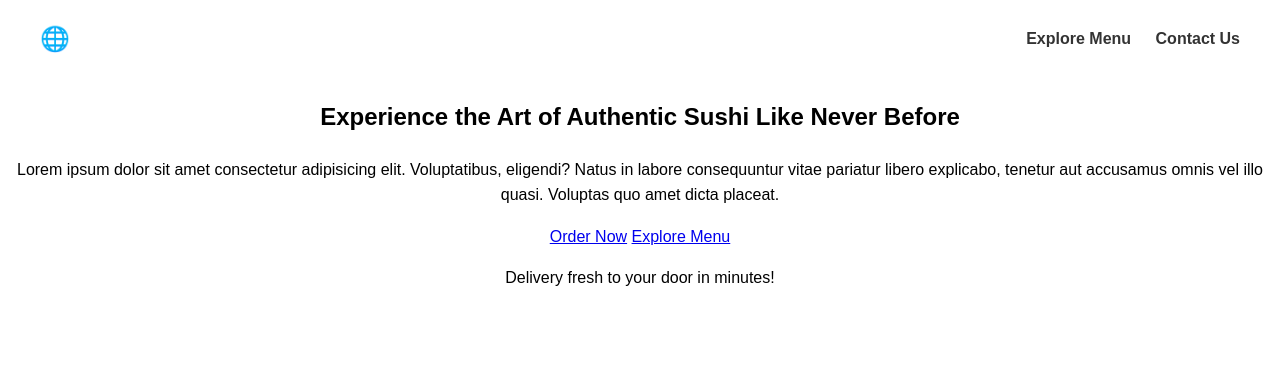
Repository: Femi007-gh/experience
Page: index.html
These files come from the project's save history. The page is drawn as it stood at one moment and after a run of saves; the edit follows.
The browser window is 1280 px wide. The pictures show the whole page.

Above is the page before, as saved 2025-01-13 07:39:14.

### index.html
<html>
  <head>
    <title></title>
    <link rel="stylesheet" href="style.css">
  </head>
  <body>
    <header>
      <div class="logo">🌐</div>
      <nav>
        <a href="#">Explore Menu</a>
        <a href="#">Contact Us</a>
      </nav>
    </header>
    <main>
      <section class="hero">
        <h1>Experience the Art of Authentic Sushi Like Never Before</h1>
        <p>Lorem ipsum dolor sit amet consectetur adipisicing elit. Voluptatibus, eligendi? Natus in labore consequuntur vitae pariatur libero explicabo, tenetur aut accusamus omnis vel illo quasi. Voluptas quo amet dicta placeat.</p>
        <div class="cta-buttons">
          <a href="#" class="btn-primary">Order Now</a>
          <a href="#" class="btn-secondary">Explore Menu</a>
        </div>
        <p class="delivery-info">Delivery fresh to your door in minutes!</p>
      </section>
    </main>
  </body>
</html>

### style.css
/* body or * */
body {
  padding: 0;
  margin: 0;
  background-color: white;
  font-family: Arial, Helvetica, sans-serif;
  line-height: 1.6;
}

header {
  display: flex;
  justify-content: space-between;
  align-items: center;
  padding: 20px 40px;
  background-color: #fff;
}

header .logo {
  font-size: 24px;
}

header nav a {
  text-decoration: none;
  margin-left: 20px;
  color: #333;
  font-weight: 600;
}

header nav a:hover {
  color: #0077b6;
}

.hero {
  text-align: center;
  padding
}

After the next 3 saves:
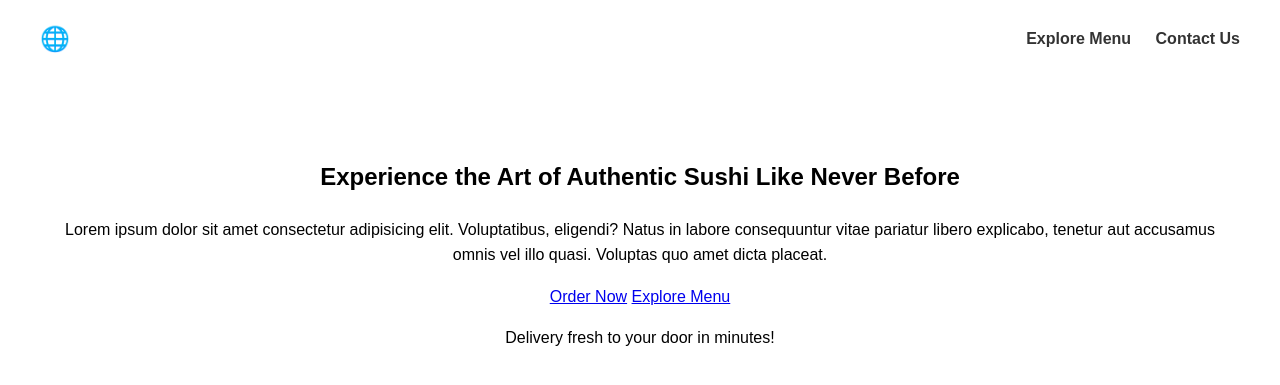
The 3 saves are shown as one change because they came seconds apart.
The last was saved 14 s later.
--- a/style.css
+++ b/style.css
@@ -32,5 +32,6 @@ header nav a:hover {
 
 .hero {
   text-align: center;
-  padding
+  padding: 60px;
+
 }
